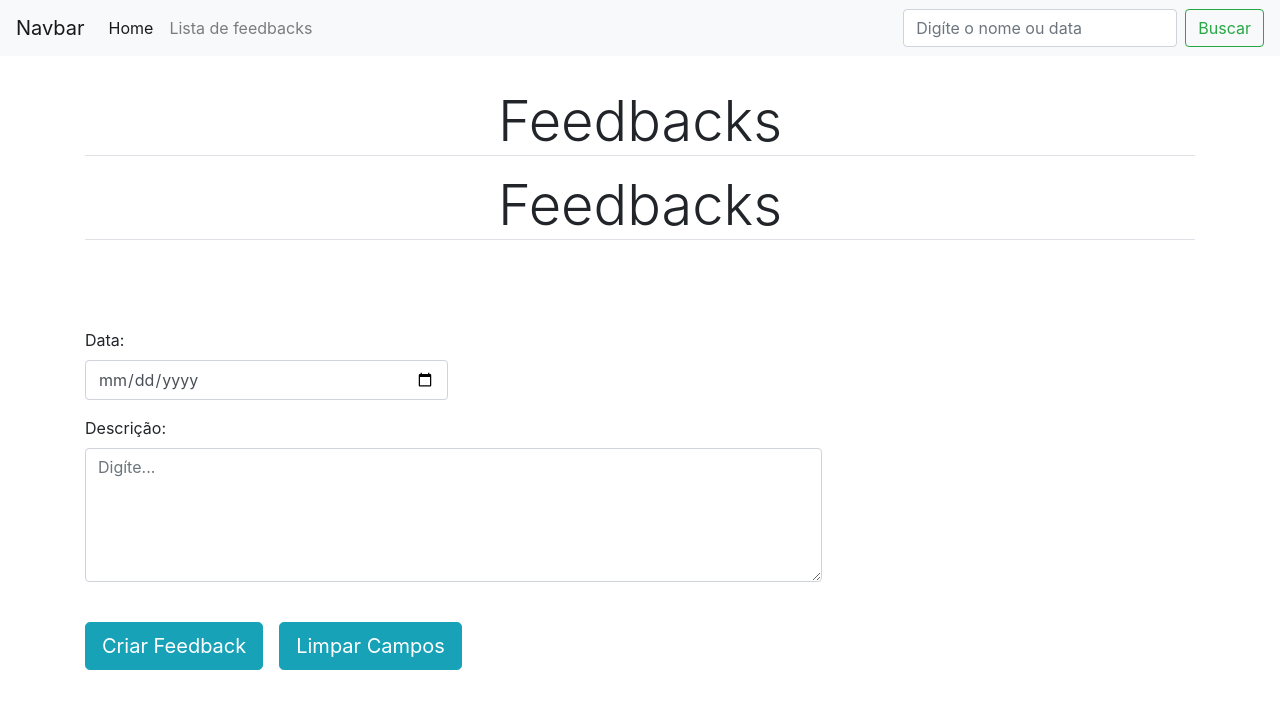
Repository: JulioSantooz/maisViagensSegundaVersao
Page: java-web(eclipse)/java-crud-mais-viagens/src/main/webapp/descricao.html
These files come from the project's save history. The page is drawn as it stood at one moment and after the next save; the edit follows.
The browser window is 1280 px wide. The pictures show the whole page.
Some web libraries are served in a nearby version.

Above is the page before, as saved 2022-02-06 15:39:31.

### java-web(eclipse)/java-crud-mais-viagens/src/main/webapp/descricao.html
<!DOCTYPE html>
<html>
<head>
<meta charset="ISO-8859-1">
<link rel="stylesheet" href="https://maxcdn.bootstrapcdn.com/bootstrap/4.0.0/css/bootstrap.css">
<title>+Viagens - Feedbacks</title>
</head>
<body>

<nav class="navbar navbar-expand-lg navbar-light bg-light">
  <a class="navbar-brand" href="#">Navbar</a>
  <button class="navbar-toggler" type="button" data-toggle="collapse" data-target="#navbarSupportedContent" aria-controls="navbarSupportedContent" aria-expanded="false" aria-label="Toggle navigation">
    <span class="navbar-toggler-icon"></span>
  </button>

  <div class="collapse navbar-collapse" id="navbarSupportedContent">
    <ul class="navbar-nav mr-auto">
      <li class="nav-item active">
        <a class="nav-link" href="index.html">Home <span class="sr-only">(current)</span></a>
      </li>
      <li class="nav-item">
        <a class="nav-link" href="#">Lista de feedbacks</a>
      </li>
    </ul>
    <form class="form-inline my-2 my-lg-0">
      <input name="pesquisa" class="form-control mr-sm-2" type="search" placeholder="Digíte o nome ou data" aria-label="Search">
      <button class="btn btn-outline-success my-2 my-sm-0" type="submit">Buscar</button>
    </form>
  </div>
</nav>

<main class="container text-center mt-3">
	<div class="row">
		<div class="col-12">
			<h1 class="display-4 my-3 border-bottom">Feedbacks</h1>
			<form action="CreateAndFind" method="POST">
			<h1 class="display-4 my-3 border-bottom">Feedbacks</h1><br>
                <div class="form-row mt-5 d-flex flex-column">
                    <div class="form-group col-4">
                        <label for="" class="float-left">Data:</label>
                        <input name="data" type="date" class="form-control" id="">
                    </div>
                    <div class="form-group col-8">
                        <label for="" class="float-left">Descrição:</label>
                        <textarea name="descricao" maxlength="300" class="form-control" id="" rows="5" placeholder="Digíte..."></textarea>
                    </div>
                </div>
                <button type="submit" class="btn btn-lg btn-info my-4 float-left">Criar Feedback</button>
                <button type="reset" class="btn btn-lg btn-info ml-3 my-4 float-left">Limpar Campos</button>
            </form>
		</div>
	</div>
</main>


<script src="https://code.jquery.com/jquery-3.2.1.slim.min.js"></script>
<script src="https://cdnjs.cloudflare.com/ajax/libs/popper.js/1.12.9/umd/popper.min.js"></script>
<script src="https://maxcdn.bootstrapcdn.com/bootstrap/4.0.0/js/bootstrap.js"></script>

</body>
</html>

After the next save:
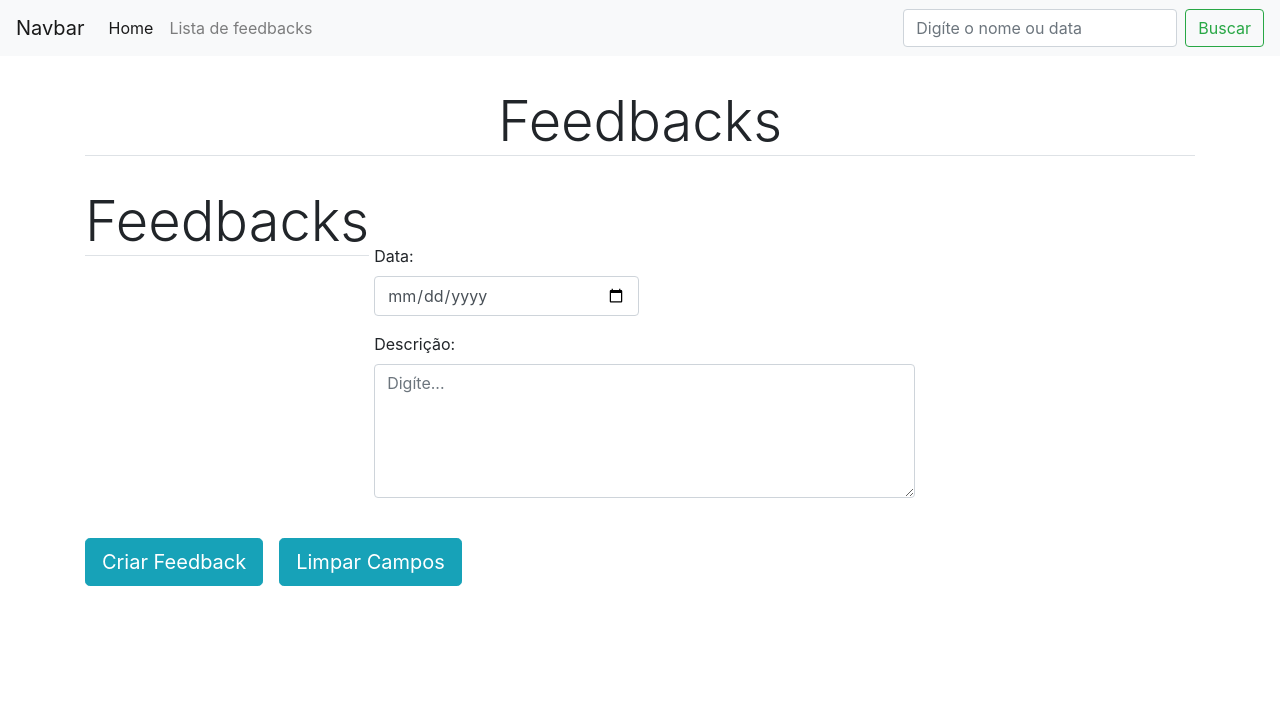
Saved 17 s later.
--- a/java-web(eclipse)/java-crud-mais-viagens/src/main/webapp/descricao.html
+++ b/java-web(eclipse)/java-crud-mais-viagens/src/main/webapp/descricao.html
@@ -34,7 +34,7 @@
 		<div class="col-12">
 			<h1 class="display-4 my-3 border-bottom">Feedbacks</h1>
 			<form action="CreateAndFind" method="POST">
-			<h1 class="display-4 my-3 border-bottom">Feedbacks</h1><br>
+			<h1 class="display-4 my-3 border-bottom float-left">Feedbacks</h1><br>
                 <div class="form-row mt-5 d-flex flex-column">
                     <div class="form-group col-4">
                         <label for="" class="float-left">Data:</label>
